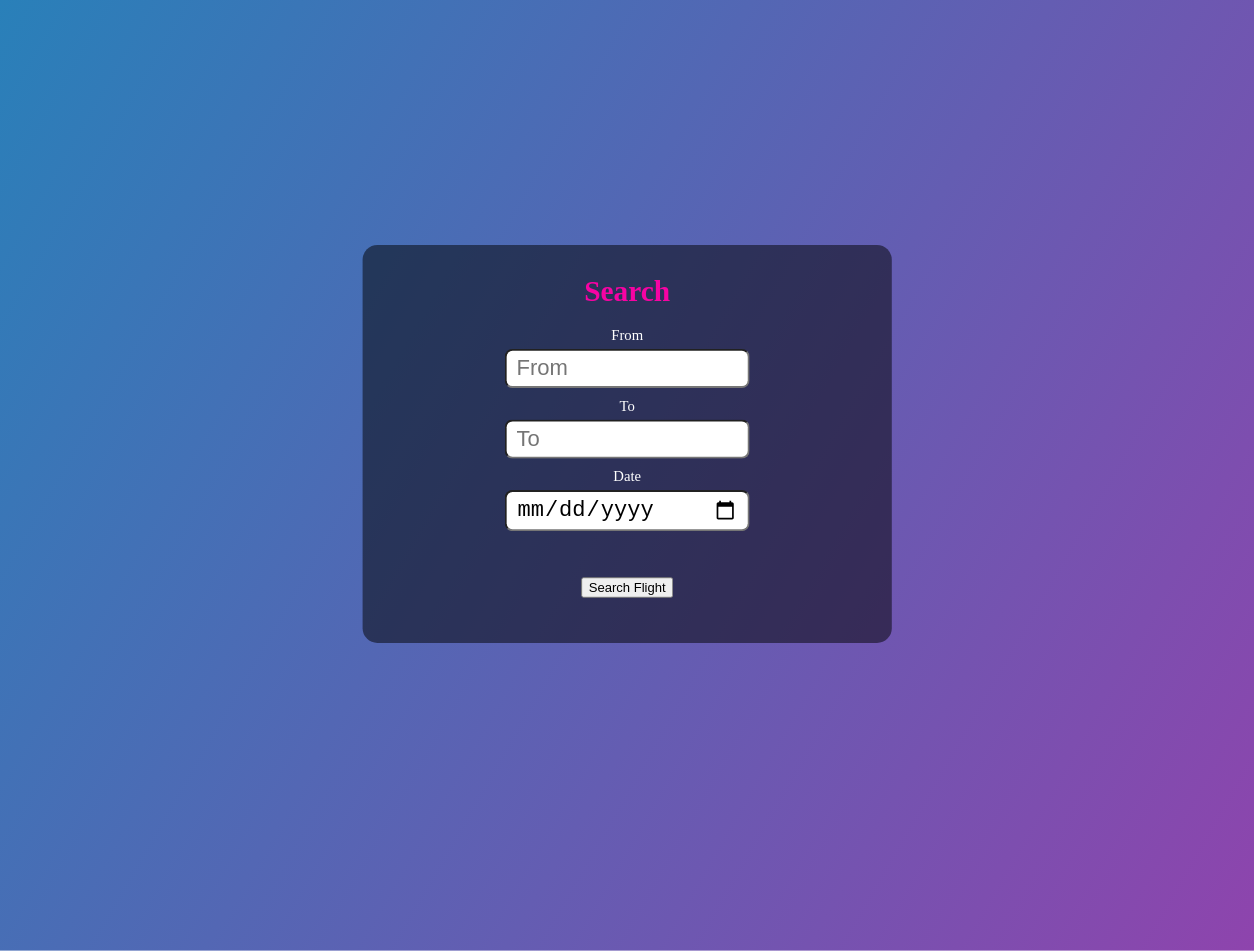
Repository: kalpesh3070/backend2
Page: flyaway/src/main/webapp/Home.html
An editor plug-in stored every save of this project. The page is shown before and after the next save, followed by the edit.
The browser window is 1280 px wide. The pictures show the whole page, at 98% of full size.

Above is the page before, as saved 2022-11-14 05:39:42.

After the next save:
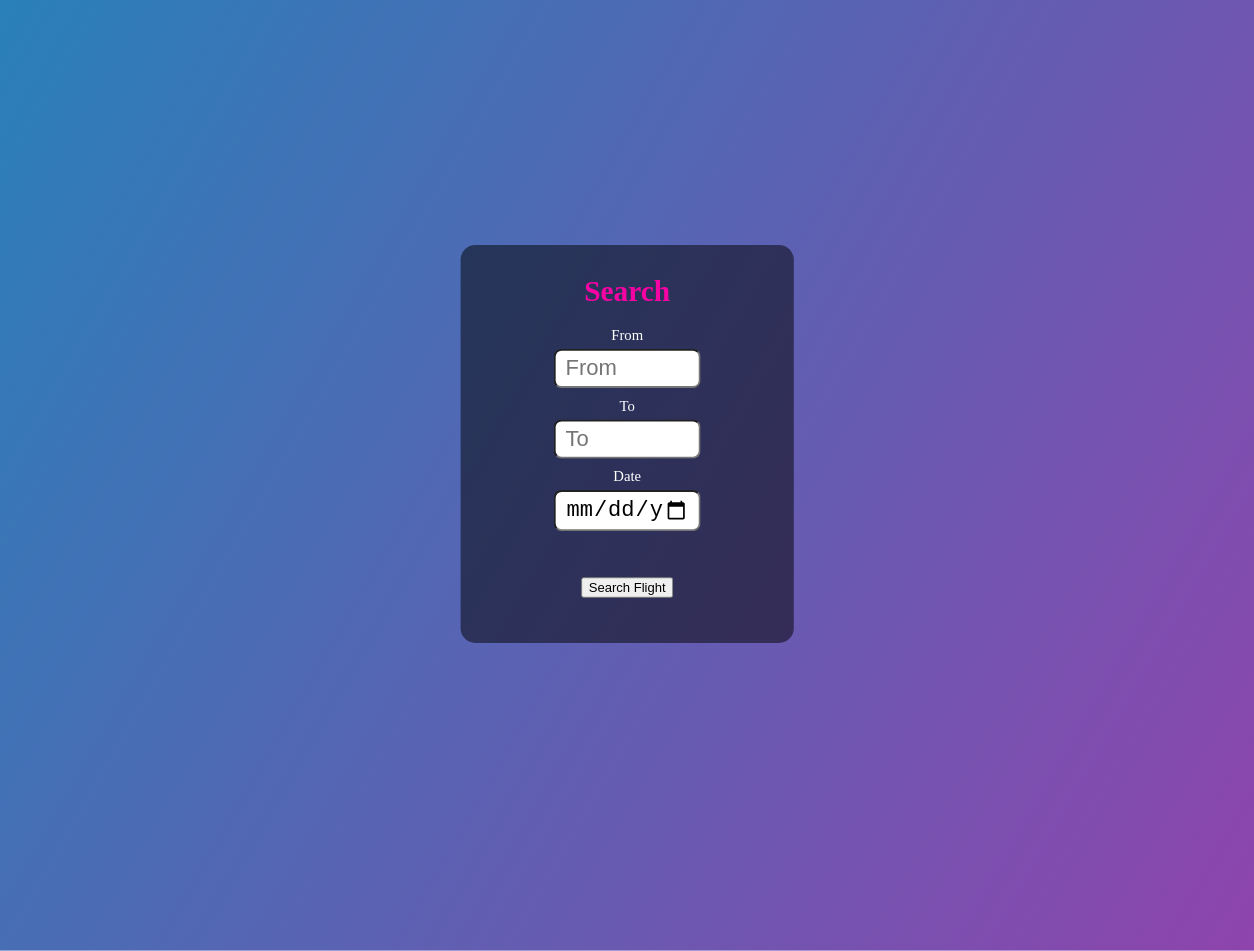
Saved 52 s later.
--- a/flyaway/src/main/webapp/home.css
+++ b/flyaway/src/main/webapp/home.css
@@ -11,7 +11,7 @@ overflow:hidden;
 
 
 .lable{
-width : 500px;
+width : 300px;
 background-color: rgba(0,0,0,.5);
 padding:10px 20px 30px;
 margin:250px auto;
